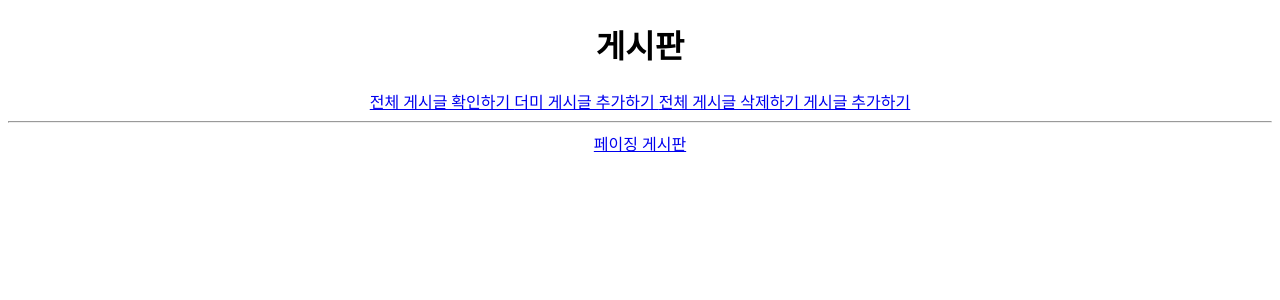
Repository: jjuhye/JSPWorkspace
Page: http://localhost/basic/00_board/_00_main.jsp
These files come from the project's save history. The page is drawn as it stood at one moment and after the next save; the edit follows.
The browser window is 1280 px wide. The pictures show the whole page.
The page is served by Tomcat 9.

Above is the page before, as saved 2023-02-23 09:04:11.

After the next save:
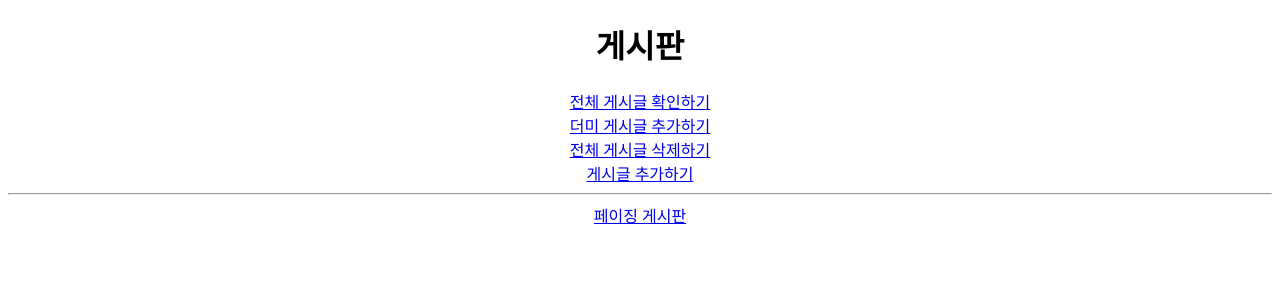
Saved 55 s later.
--- a/basic/src/main/webapp/00_board/_00_main.jsp
+++ b/basic/src/main/webapp/00_board/_00_main.jsp
@@ -11,12 +11,12 @@
 <body>
 <div align="center">
 	<h1> 게시판 </h1>
-    <a href=".jsp"> 전체 게시글 확인하기 </a>
-    <a href=".jsp"> 더미 게시글 추가하기 </a>
-    <a href=".jsp"> 전체 게시글 삭제하기 </a>
-    <a href=".jsp"> 게시글 추가하기 </a>
+    <div><a href=".jsp"> 전체 게시글 확인하기 </a></div>
+    <div><a href=".jsp"> 더미 게시글 추가하기 </a></div>
+    <div><a href=".jsp"> 전체 게시글 삭제하기 </a></div>
+    <div><a href=".jsp"> 게시글 추가하기 </a></div>
     <hr>
-    <a href=".jsp"> 페이징 게시판 </a>
+    <div><a href=".jsp"> 페이징 게시판 </a></div>
 </div>
 </body>
 </html>
